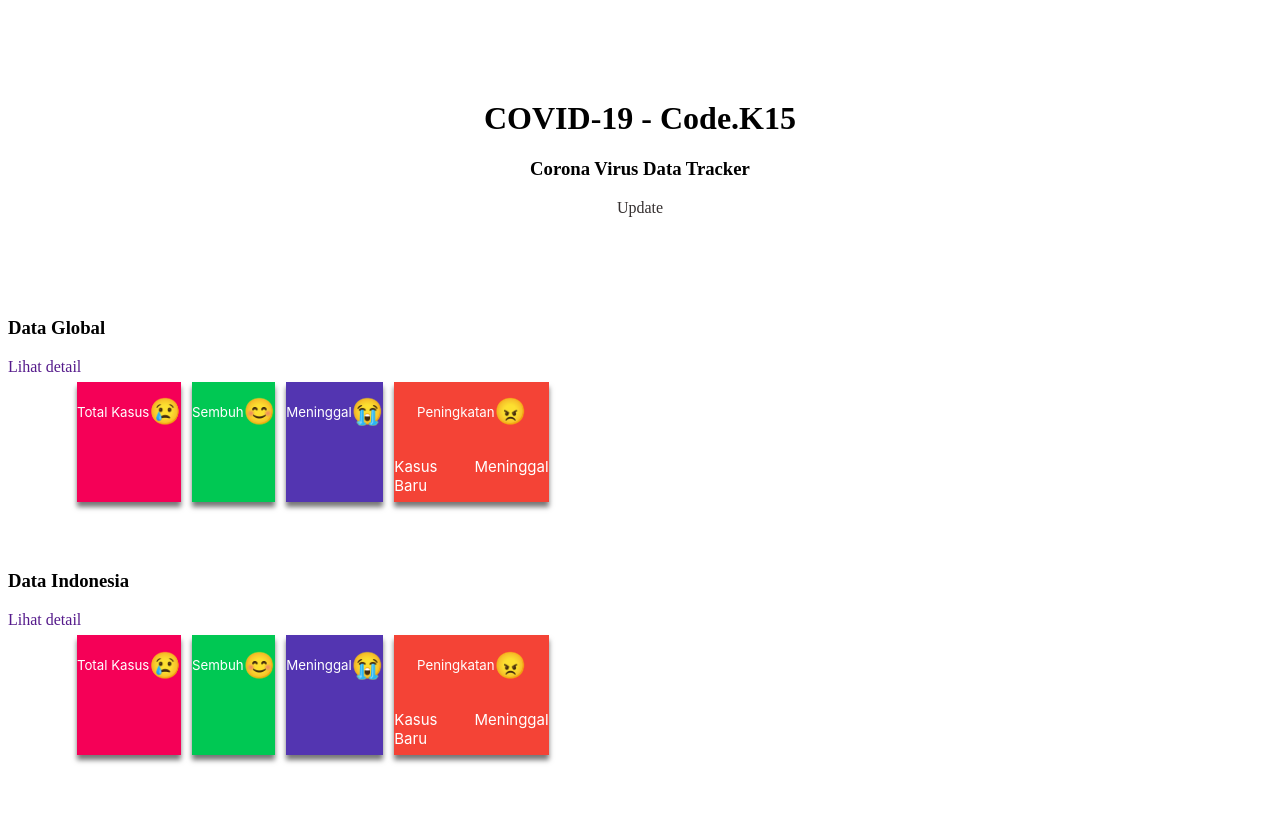
Repository: fathur15/covid19-monitoring
Page: http://localhost/covid19/apps/views/data/main/dashboard.php
An editor plug-in stored every save of this project. The page is shown before and after the next save, followed by the edit.
The browser window is 1280 px wide. The pictures show the whole page.
The page is run by PHP 8.4 with error messages shown; the project is at /var/www/html/.

Above is the page before, as saved 2020-04-14 12:42:27.

### apps/views/data/main/dashboard.php

<style>

    #resumeGlobal p, h5{
        color: white;
        font-weight: 400;
        font-family: -apple-system, BlinkMacSystemFont, 'Segoe UI', Roboto, Oxygen, Ubuntu, Cantarell, 'Open Sans', 'Helvetica Neue', sans-serif
    }
    #resumeIndonesia p, h5{
        color: white;
        font-weight: 400;
        font-family: -apple-system, BlinkMacSystemFont, 'Segoe UI', Roboto, Oxygen, Ubuntu, Cantarell, 'Open Sans', 'Helvetica Neue', sans-serif
    }
    .shadow-box{
        -webkit-box-shadow: 0 15px 10px #777;
        -moz-box-shadow: 0 15px 10px #777;
        box-shadow: 0 5px 5px #777;

    }
    .content-main-wrapper{
        margin: 5% 0;
    }
    /* .shadow-box:after{
        -webkit-transform: rotate(3deg);
        -moz-transform: rotate(3deg);
        -o-transform: rotate(3deg);
        -ms-transform: rotate(3deg);
        transform: rotate(3deg);
        right: 10px;
        left: auto;
    } */

</style>
<div class="content">
    <div class="heading" style="margin: 100px 30%; text-align: center">
        <h1>COVID-19 - Code.K15</h1>
        <h3>Corona Virus Data Tracker</h3>
        <p id="date-update" style="color: #353030;">Update</p>
    </div>
    <div class="main">
        <div class="container">
            <div class="row content-main-wrapper">
                <div class="head-main-content">
                    <h3>Data Global</h3>
                    <a style="text-decoration: none" href="">Lihat detail  <i class="fas fa-long-arrow-alt-right" aria-hidden="true"></i></a>
                </div>
                <div  id="resumeGlobal" class="" style="width: 90%; display: flex; margin: 0 5%;" >
                    <div class="card col-sm-3 shadow-box" style="background: #f50057; margin: 0.5%; align-items: center; height: 120px ">
                        <div class="card-body">
                            <div style="flex-direction: row; display: flex; justify-content: center; align-items: center">
                                <h5 id="title-kasus-global" class="card-text">Total Kasus</h5>
                                <span style="color: black; font-size: 25px; text-shadow: 0 0 0 yellow">&#x1F622</span>
                            </div>
                            <p class="card-text" id="kasus-global"></p>
                        </div>
                    </div>
                    <div class="card col-sm-3 shadow-box" style="background: #00c853; margin: 0.5%; align-items: center; height: 120px ">
                        <div class="card-body">
                            <div style="flex-direction: row; display: flex; justify-content: center; align-items: center">
                                <h5 id="title-kasus-global" class="card-text">Sembuh</h5>
                                <span style="color: black; font-size: 25px; text-shadow: 0 0 0 yellow">&#x1F60A</span>
                            </div>
                            <p class="card-text" id="sembuh-global"></p>
                            <!-- <p style="">Orang</p> -->
                        </div>
                    </div>
                    <div class="card col-sm-3 shadow-box" style="margin: 0.5%; height: 120px;align-items: center;  background :#5335b1">
                        <div class="card-body">
                            <div style="flex-direction: row; display: flex; justify-content: center; align-items: center;">
                                <h5 id="title-kasus-global" class="card-text">Meninggal</h5>
                                <span style="color: black; font-size: 25px; text-shadow: 0 0 0 yellow">&#x1F62D</span>
                            </div>
                            <p class="card-text" id="meninggal-global"></p>
                            <!-- <p style="">Orang</p> -->
                        </div>
                    </div>
                    <div class="card col-sm-3 shadow-box" style="margin: 0.5%; height: 120px; background: #f44336">
                        <div class="card-body">
                            <div style="flex-direction: row; display: flex; justify-content: center; align-items: center;">
                                <h5 id="title-kasus-global" class="card-text">Peningkatan</h5>
                                <span style="color: black; font-size: 25px; text-shadow: 0 0 0 yellow">&#x1F620</span>
                            </div>
                            <div style="flex-direction: row; display: flex;">
                                <p style="font-size: 15px">Kasus Baru</p>
                                <p style="margin-left: 10%; font-size: 15px">Meninggal </p>
                            </div>
                            <div style="display: flex; margin-top: -9%">
                                <p style="font-size: 15px" class="card-text" id="kasus-baru-global"></p>
                                <p style="margin-left: 10%; font-size: 15px" class="card-text" id="meninggal-baru-global"></p>
                            </div>
                        </div>
                    </div>
                </div>
            </div>
            <div class="row content-main-wrapper" >
                <div class="head-main-content">
                    <h3>Data Indonesia</h3>
                    <a style="text-decoration: none" href="">Lihat detail  <i class="fas fa-long-arrow-alt-right" aria-hidden="true"></i></a>
                </div>
                <div  id="resumeIndonesia" class="" style="width: 90%; display: flex; margin: 0 5%;" >
                    <div class="card col-sm-3 shadow-box" style="background: #f50057; margin: 0.5%; align-items: center; height: 120px ">
                        <div class="card-body">
                            <div style="flex-direction: row; display: flex; justify-content: center; align-items: center">
                                <h5 id="title-kasus-indonesia" class="card-text">Total Kasus</h5>
                                <span style="color: black; font-size: 25px; text-shadow: 0 0 0 yellow">&#x1F622</span>
                            </div>
                            <p style="font-size: 14px" class="card-text" id="kasus-indonesia"></p>
                        </div>
                    </div>
                    <div class="card col-sm-3 shadow-box" style="background: #00c853; margin: 0.5%; align-items: center; height: 120px ">
                        <div class="card-body">
                            <div style="flex-direction: row; display: flex; justify-content: center; align-items: center">
                                <h5 id="title-kasus-indonesia" class="card-text">Sembuh</h5>
                                <span style="color: black; font-size: 25px; text-shadow: 0 0 0 yellow">&#x1F60A</span>
                            </div>
                            <p class="card-text" id="sembuh-indonesia"></p>
                        </div>
                    </div>
                    <div class="card col-sm-3 shadow-box" style="margin: 0.5%; height: 120px;align-items: center;  background :#5335b1">
                        <div class="card-body">
                            <div style="flex-direction: row; display: flex; justify-content: center; align-items: center;">
                                <h5 id="title-kasus-indonesia" class="card-text">Meninggal</h5>
                                <span style="color: black; font-size: 25px; text-shadow: 0 0 0 yellow">&#x1F62D</span>
                            </div>
                            <p class="card-text" id="meninggal-indonesia"></p>
                        </div>
                    </div>
                    <div class="card col-sm-3 shadow-box" style="margin: 0.5%; height: 120px; background: #f44336">
                        <div class="card-body">
                            <div style="flex-direction: row; display: flex; justify-content: center; align-items: center;">
                                <h5 id="title-kasus-indonesia" class="card-text">Peningkatan</h5>
                                <span style="color: black; font-size: 25px; text-shadow: 0 0 0 yellow">&#x1F620</span>
                            </div>
                            <div style="flex-direction: row; display: flex;">
                                <p style="font-size: 15px">Kasus Baru</p>
                                <p style="margin-left: 10%; font-size: 15px">Meninggal </p>
                            </div>
                            <div style="display: flex; margin-top: -9%">
                                <p style="font-size: 15px" class="card-text" id="kasus-baru-indonesia"></p>
                                <p style="margin-left: 10%; font-size: 15px" class="card-text" id="meninggal-baru-indonesia"></p>
                            </div>
                        </div>
                    </div>
                </div>
            </div>
        </div>
    </div>
</div>

After the next save:
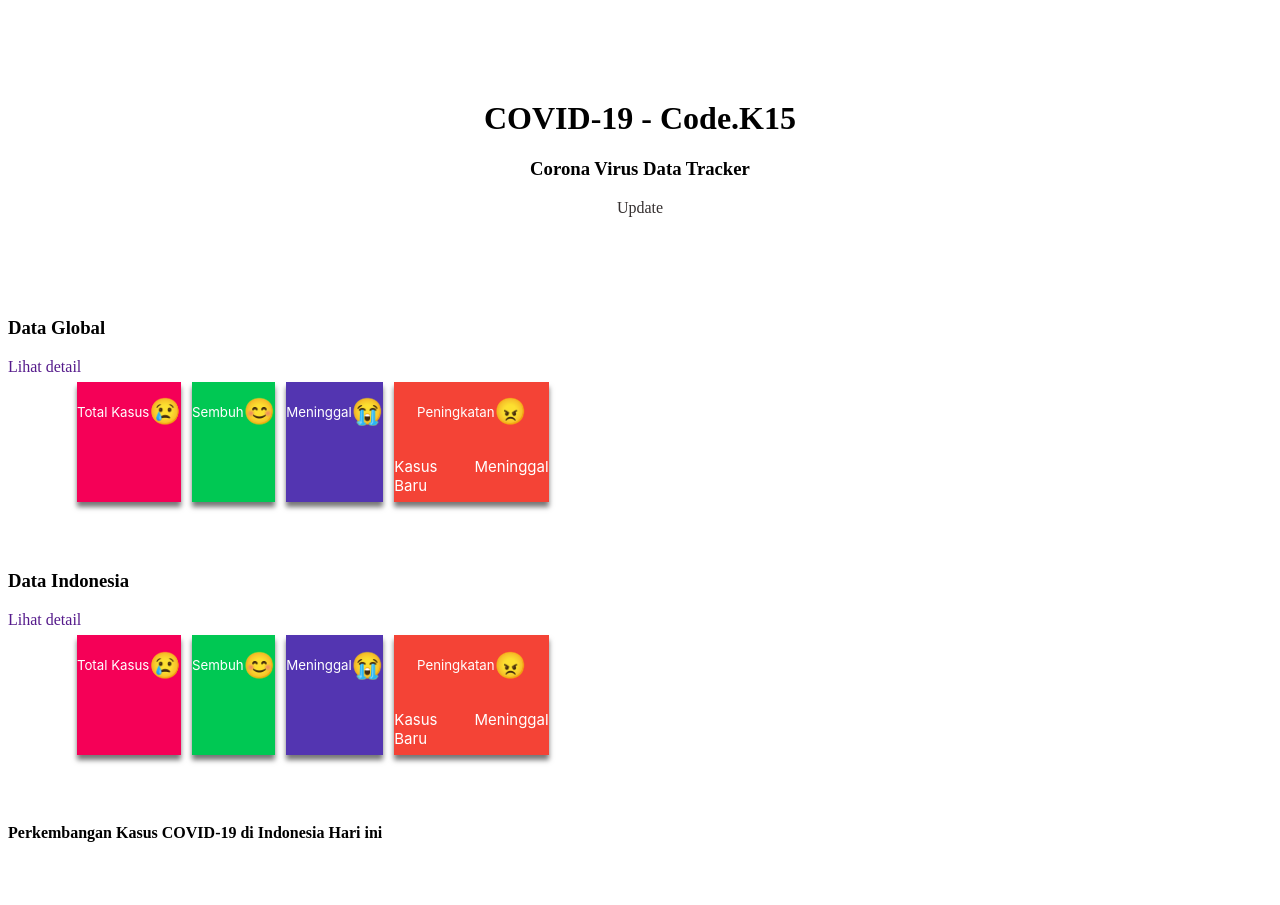
Saved 2 min 53 s later.
--- a/apps/views/data/main/dashboard.php
+++ b/apps/views/data/main/dashboard.php
@@ -143,6 +143,9 @@
                     </div>
                 </div>
             </div>
+            <div class="row content-main-wrapper" >
+                <h4>Perkembangan Kasus COVID-19 di Indonesia Hari ini</h4>
+            </div>
         </div>
     </div>
 </div>
